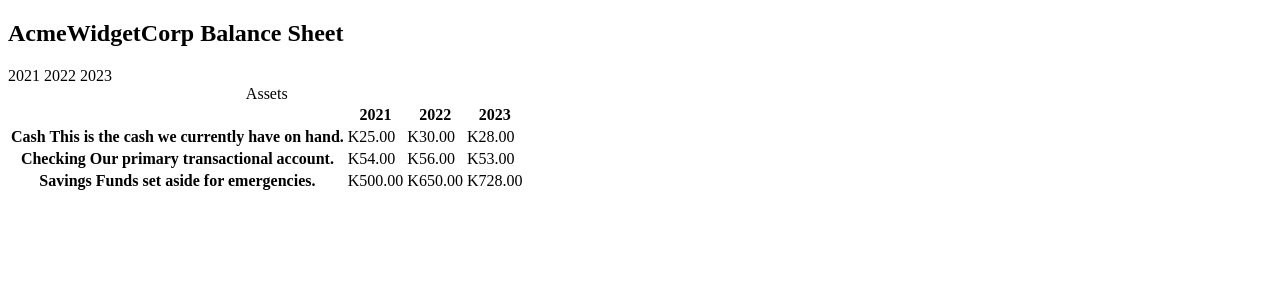
Repository: Lungdjos/balance_shee
Page: index.html
These files come from the project's save history. The page is drawn as it stood at one moment and after a run of saves; the edit follows.
The browser window is 1280 px wide. The pictures show the whole page.

Above is the page before, as saved 2023-10-31 08:53:03.

### index.html
<!DOCTYPE html>
<html lang="en">

<head>
    <meta charset="UTF-8">
    <meta name="viewport" content="width=device-width, initial-scale=1.0">
    <title>Balance Sheet</title>
    <link rel="stylesheet" href="styles.css">
</head>

<body>
    <main>
        <section>
            <h1>
                <span class="flex">
                <span>AcmeWidgetCorp</span>
                <span>Balance Sheet</span>
                </span>
            </h1>
            <div id="years" aria-hidden="true">
                <span class="year">2021</span>
                <span class="year">2022</span>
                <span class="year">2023</span>
            </div>
            <div class="table-wrap">
                <table>
                    <caption>Assets</caption>
                    <thead>
                        <tr>
                            <td></td>
                            <th><span class="sr-only year">2021</span></th>
                            <th><span class="sr-only year">2022</span></th>
                            <th class="current"><span class="current">2023</span></th>
                        </tr>
                    </thead>
                    <tbody>
                        <tr class="data">
                            <th>
                                Cash <span class="description">This is the cash we currently have on hand.</span>
                            </th>
                            <td>K25.00</td>
                            <td>K30.00</td>
                            <td class="current">K28.00</td>
                        </tr>
                        <tr class="data">
                            <th>
                                Checking <span class="description">Our primary transactional account.</span>
                            </th>
                            <td>K54.00</td>
                            <td>K56.00</td>
                            <td class="current">K53.00</td>
                        </tr>
                        <tr class="data">
                            <th>
                                Savings <span class="description">Funds set aside for emergencies.</span>
                            </th>
                            <td>K500.00</td>
                            <td>K650.00</td>
                            <td class="current">K728.00</td>
                        </tr>
                        <tr class="total"></tr>
                    </tbody>
                </table>
                <table></table>
                <table></table>
            </div>
        </section>
    </main>
</body>

</html>

</html>

Loaded but not shown: styles.css (no copy from this time; the picture is the same without it)

After the next 2 saves:
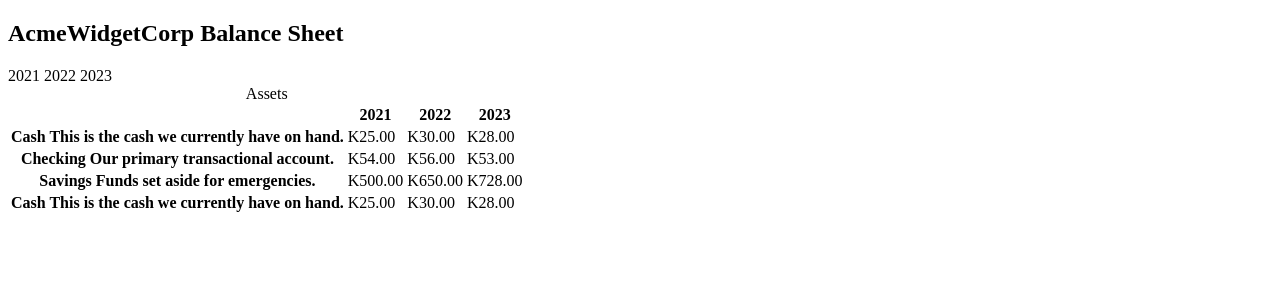
The 2 saves are shown as one change because they came seconds apart.
The last was saved 3 min 39 s later.
--- a/index.html
+++ b/index.html
@@ -58,7 +58,14 @@
                             <td>K650.00</td>
                             <td class="current">K728.00</td>
                         </tr>
-                        <tr class="total"></tr>
+                        <tr class="total">
+                            <th>
+                                Cash <span class="description">This is the cash we currently have on hand.</span>
+                            </th>
+                            <td>K25.00</td>
+                            <td>K30.00</td>
+                            <td class="current">K28.00</td>
+                        </tr>
                     </tbody>
                 </table>
                 <table></table>
